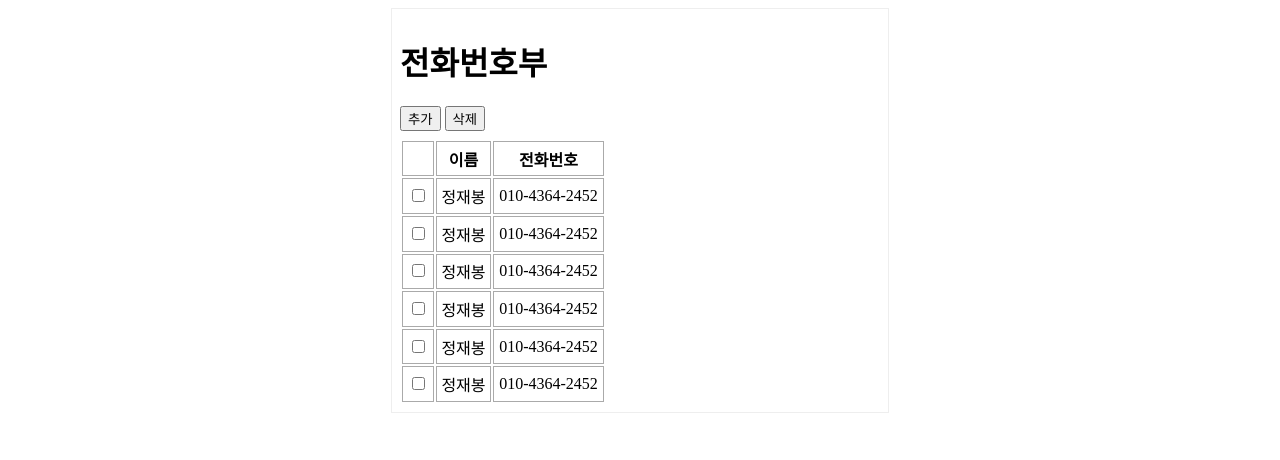
Repository: limjh0513/DGSW_JAVA
Page: 2학기/JAVA_WEB/web/src/main/webapp/phoneBook/phoneBook.html
The author's editor kept a copy of each file at every save. The page is drawn from the files as they stood at one save, then again after the next save.
The browser window is 1280 px wide. The pictures show the whole page.

Above is the page before, as saved 2021-11-03 02:17:09.

After the next save:
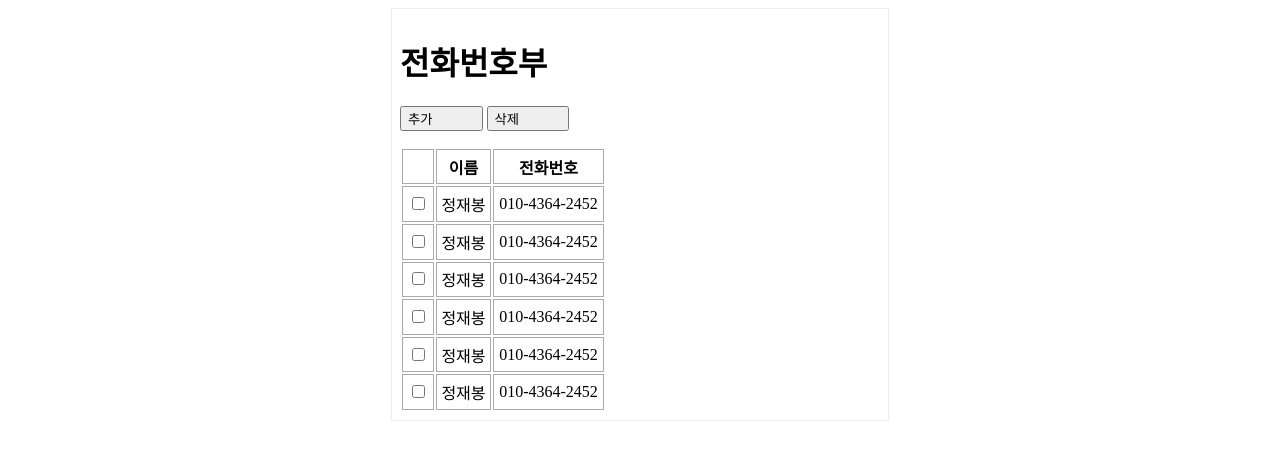
Saved 9 s later.
--- a/2학기/JAVA_WEB/web/src/main/webapp/phoneBook/phoneBook.html
+++ b/2학기/JAVA_WEB/web/src/main/webapp/phoneBook/phoneBook.html
@@ -9,8 +9,8 @@
 	<div class="main">
 		<h1>전화번호부</h1>
 		<div class="btn">
-			<button>추가</button>
-			<button>삭제</button>
+			<button class="btn">추가</button>
+			<button class="btn">삭제</button>
 		</div>
 
 		<table>
